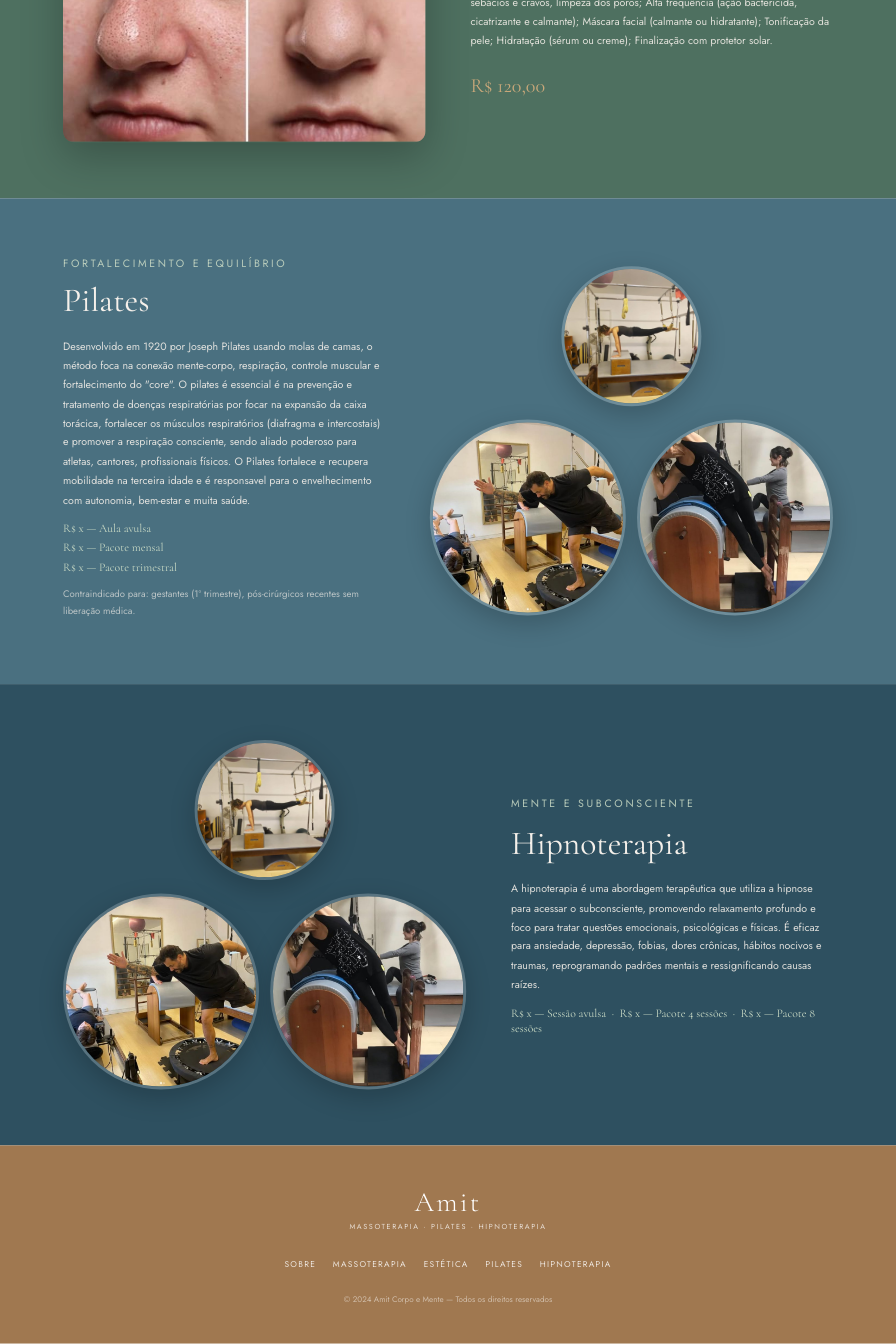
Repository: beatriz-nagae/amit-corpoemente
Page: index.html
These files come from the project's save history. The page is drawn as it stood at one moment and after the next save; the edit follows.
The browser window is 1280 px wide. The pictures show the part of the page from y = 3085 to 5005 px (the page is 5005 px tall), at 70% of full size.
An inner scrolling area shows only its first screen.

Above is the page before, as saved 2026-04-01 17:00:54.

After the next save:
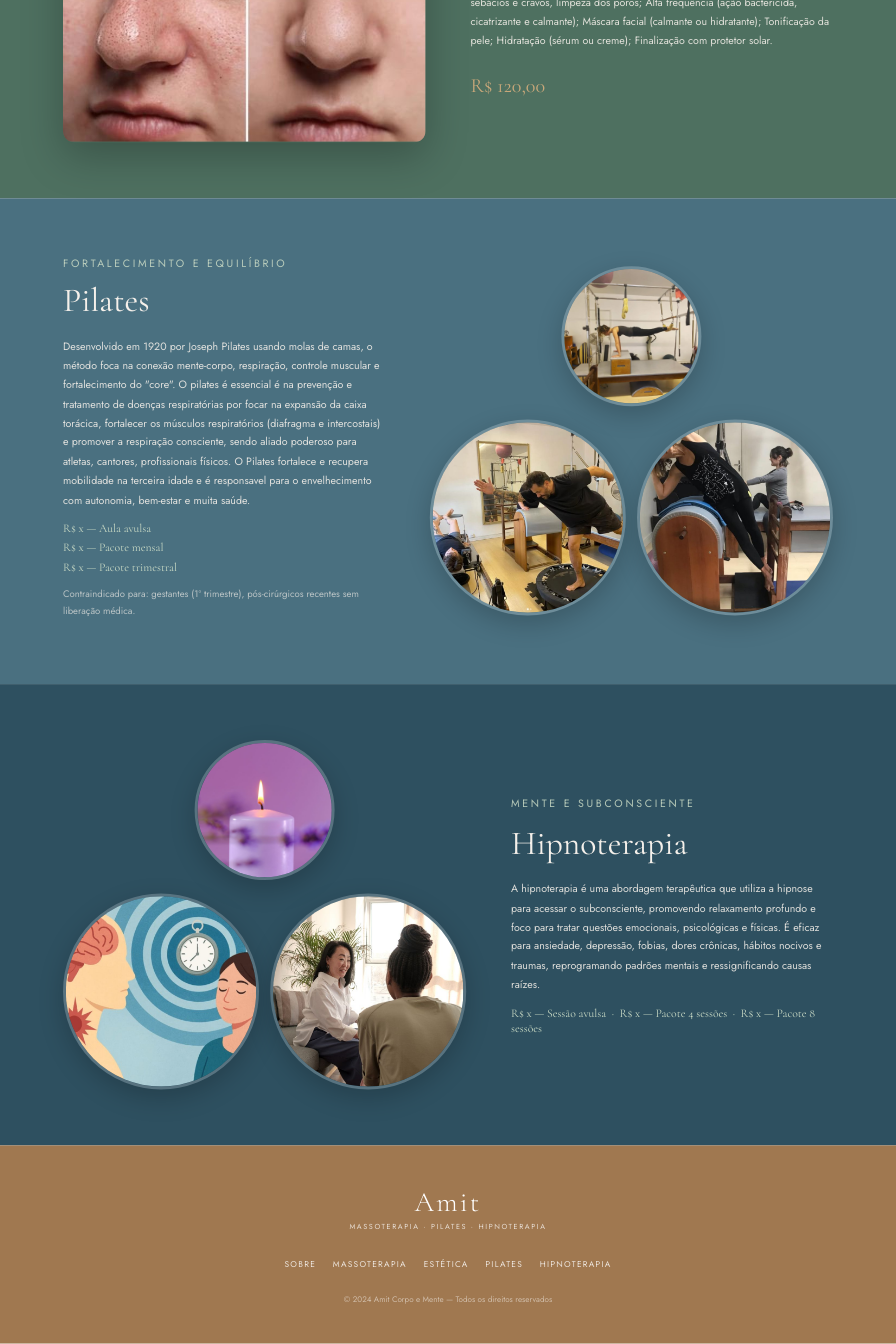
Saved 26 s later.
--- a/index.html
+++ b/index.html
@@ -228,14 +228,14 @@ Finalização com protetor solar.</p>
 
         <div class="pilates-imgs reveal reveal-delay-1">
           <div class="pilates-circle">
-            <img src="assets/img/pilates/pilates2.jpg" alt="Pilates aparelho" />
+            <img src="assets/img/hipnoterapia/hipno-1.jpg" alt="Hipnoterapia sessão" />
           </div>
           <div class="pilates-duo">
             <div class="pilates-circle">
-              <img src="assets/img/pilates/pilates3.jpg" alt="Pilates solo" />
+              <img src="assets/img/hipnoterapia/hipno-2.jpg" alt="Hipnoterapia sessão" />
             </div>
             <div class="pilates-circle">
-              <img src="assets/img/pilates/pilates4.jpg" alt="Pilates alongamento" />
+              <img src="assets/img/hipnoterapia/hipno-3.jpg" alt="Hipnoterapia reprogramação" />
             </div>
           </div>
         </div>
